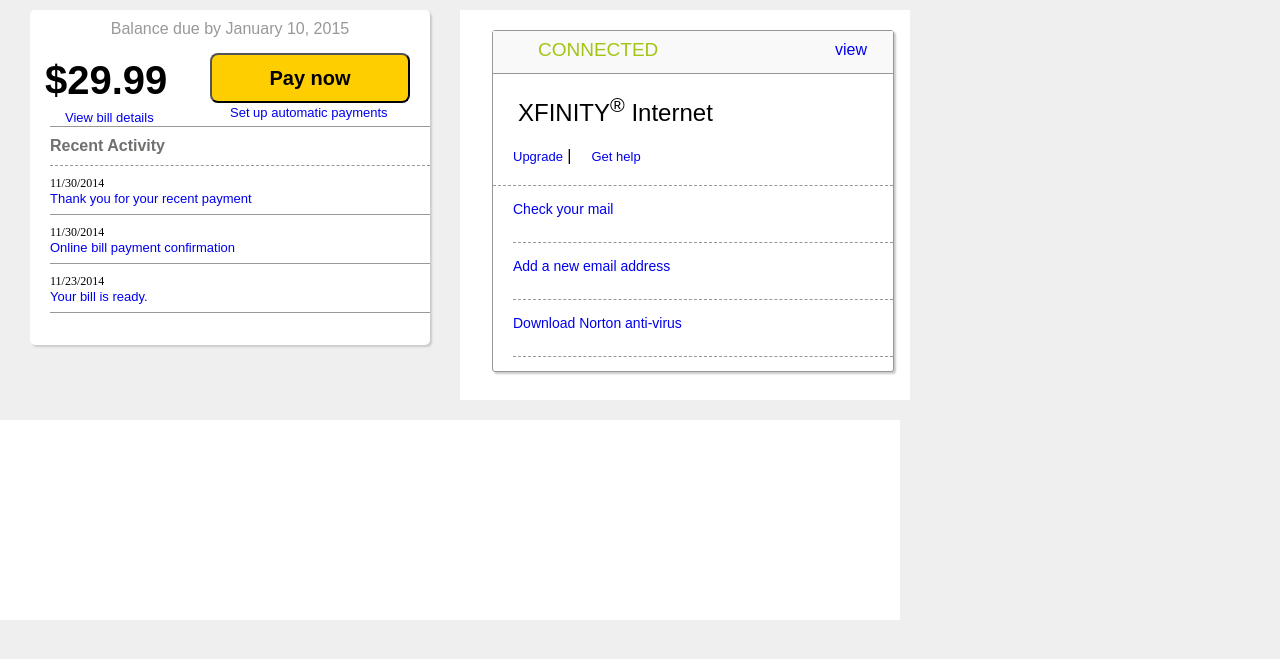
Repository: Sakivaday/UI-TSQ
Page: Aptana Studio 3 Workspace/tsq/assignment3/comcast.html
The author's editor kept a copy of each file at every save. The page is drawn from the files as they stood at one save, then again after the next save.
The browser window is 1280 px wide. The pictures show the whole page.
Pictures or frames that could not be fetched are drawn as grey boxes.

Above is the page before, as saved 2015-01-20 04:51:39.

### Aptana Studio 3 Workspace/tsq/assignment3/comcast.html
<!DOCTYPE html>
<html>
	<head>
		<title>comcast</title>
		<link href="new_file.css" rel="stylesheet" type="text/css" media="all"/>
		</head>

	<body>
	<div class="left">
        <p class="balancedue">Balance due by January 10, 2015</p>
        <div class="border">
		<div class="left1">
			<h1 class="pay">$29.99</h1>
			<a href ="#">View bill details</a>
			</div>
			<div class="left2">
				<button>Pay now</button>
				<a href="#">Set up automatic payments</a>
			</div></div>

				<div class="leftbottom1">
					<p class="recent">Recent Activity</p>
					</div>

		   <div class="leftbottom2">
		   	<ul>
		   		<li>
			<p class="date">11/30/2014</p>
			<a href="#">Thank you for your recent payment</a>
		<li>
			<p class="date">11/30/2014</p>
			<a href="#">Online bill payment confirmation</a>
		</li>
		<li>
			<p class="date">11/23/2014</p>
			<a href="#">Your bill is ready.</a>
		</li>
		</ul>
		</div>
		</div>


<div class="right">
	<div class="box">
		<div class="right1">
			<div class="tickmark"><h2 class="connected">CONNECTED</h2></div>
			<a href="#">view</a>
		</div>
		<div class="rightbottom1">
			<h2>XFINITY<sup>&reg;</sup> Internet</h2>
			<a href="#">Upgrade</a>      |<a href="#">Get help</a>
		</div>
		<div class="rightbottom2">
			<ul>
				<li>
					<a href="#" >Check your mail</a>
				</li>
				<li>
					<a href="#">Add a new email address</a>
				</li>
				<li>
					<a href="#">Download Norton anti-virus</a>
				</li>
			</ul>
			</div>

	</div>
	</div>

<div class="bottom">
	<div class="rectbox">

	</div>

</div>

### Aptana Studio 3 Workspace/tsq/assignment3/new_file.css
*{
	padding:0px;
	margin:0px;
	font-family: "Arial";
	text-decoration: none;
	list-style: none;
}

body{
	background-color: #efefef;
}
.left{
	float:left;
	background-color: white;
	margin-top:10px;
	margin-left: 30px;
	box-shadow: 2px 2px 2px #cacaca;
	width: 400px;
	height: 335px;
	border-radius: 5px;
}
.balancedue{
	color: #989896;
	text-align: center;
	padding-top: 10px;
}
.left1{
	float: left;
	margin-left: 15px;
	margin-top: 20px;
	width: 45%;

}
.left2{
	float: left;
	margin-left: 180px;
	margin-top: -73px;
    width: 45%;
}
.pay{
	font-size: 40px;
	padding-bottom: 5px;
}
.left .border .left1 a{
	font-size: 13px;
	margin-left: 20px;
	padding-bottom: 10px;
}
button{
	background-color: #fece00;
	width: 200px;
	height: 50px;
	border-radius: 8px;
	font-weight: bold;
	font-size: 20px;
}
.left2 a{
	font-size: 13px;
	padding-top: 5px;
	margin-left: 20px;
	padding-bottom: 10px;
}
.border{
	padding-bottom:20px;
	margin-bottom: 20px;

}
.leftbottom1{
    border-bottom: 1px dashed #989896;
    clear: both;
    border-top: 1px solid #989896;
    margin-left: 20px;
    margin-top: 10px;
    padding-top: 10px;
    padding-bottom: 10px;
    color: #989896;
}
.recent{
	color: #70706e;
	font-weight: bold;
}
.date{
	font-family: "italic";
	font-size: 12px;
	margin-left: 20px;
	padding-top: 10px;
}
.leftbottom2 ul li a{
	font-size: 13px;
	border-bottom: 1px solid #989896;
	margin-left: 20px;
	padding-bottom: 8px;
	display: inherit;
}
.right{
	float:left;
	background-color: white;
	margin-top:10px;
	margin-left: 30px;
	width: 450px;
	height: 390px;
}
.box{
	border: 1px solid #989896;
	background-color: white;
	margin-top:20px;
	margin-left: 32px;
	box-shadow: 2px 2px 2px #cacaca;
	width: 400px;
	height: 340px;
	border-radius: 3px;
}
.tickmark{
	background: url('pictures/sprite.png') no-repeat;
	width:32px;
	height:32px;
	background-position: -116px -1227px;
	margin:5px;
	float: left;
}
.connected{
	margin-left: 40px;
	margin-top: 3px;
	color: #a2c513;
	font-weight:300;
	font-size: 19px;
}
.right .box .right1 a {
	float: left;
	margin-left: 300px;
	margin-top: 10px;
}
.right .box .right1{
	background-color: #f9f9f9;
	border-bottom: 1px solid #989896;
	display: flex ;
}
.rightbottom1 h2{
	margin-left: 25px;
	font-weight:300;
	padding-top: 20px;
	padding-bottom: 20px;
}
.rightbottom1 a{
	margin-left: 20px;
	font-size: 13px;
}
.rightbottom1{
	border-bottom: 1px dashed #989896;
	padding-bottom: 20px;
}
.rightbottom2 ul li a{
	margin-left: 20px;
	padding-top: 15px;
	padding-bottom: 25px;
	font-size: 14px;
	display: inherit;
	border-bottom: 1px dashed #989896;
}
.bottom{
	background-color: white;
	height: 200px;
	width: 900px;
	float: left;
	margin-top: 20px;
}
.rectbox{

}

After the next save:
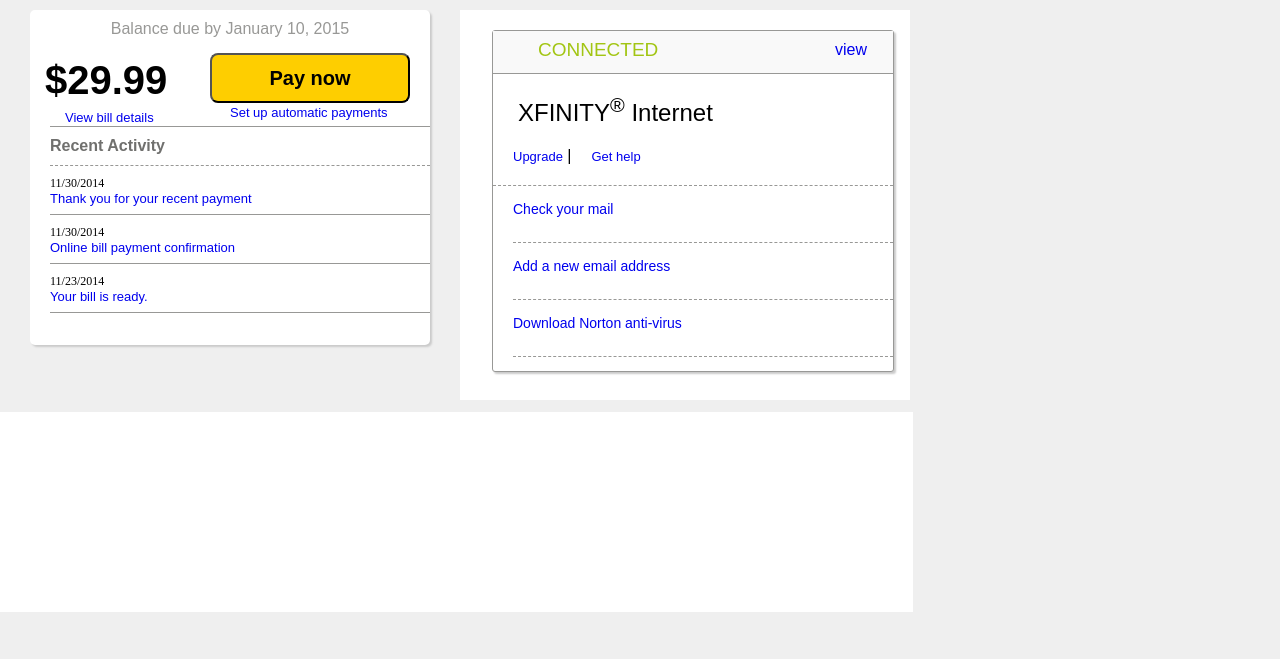
Saved 3 min 41 s later.
--- a/Aptana Studio 3 Workspace/tsq/assignment3/new_file.css
+++ b/Aptana Studio 3 Workspace/tsq/assignment3/new_file.css
@@ -160,9 +160,9 @@ button{
 .bottom{
 	background-color: white;
 	height: 200px;
-	width: 900px;
+	width: 913px;
 	float: left;
-	margin-top: 20px;
+	margin-top: 12px;
 }
 .rectbox{
 
